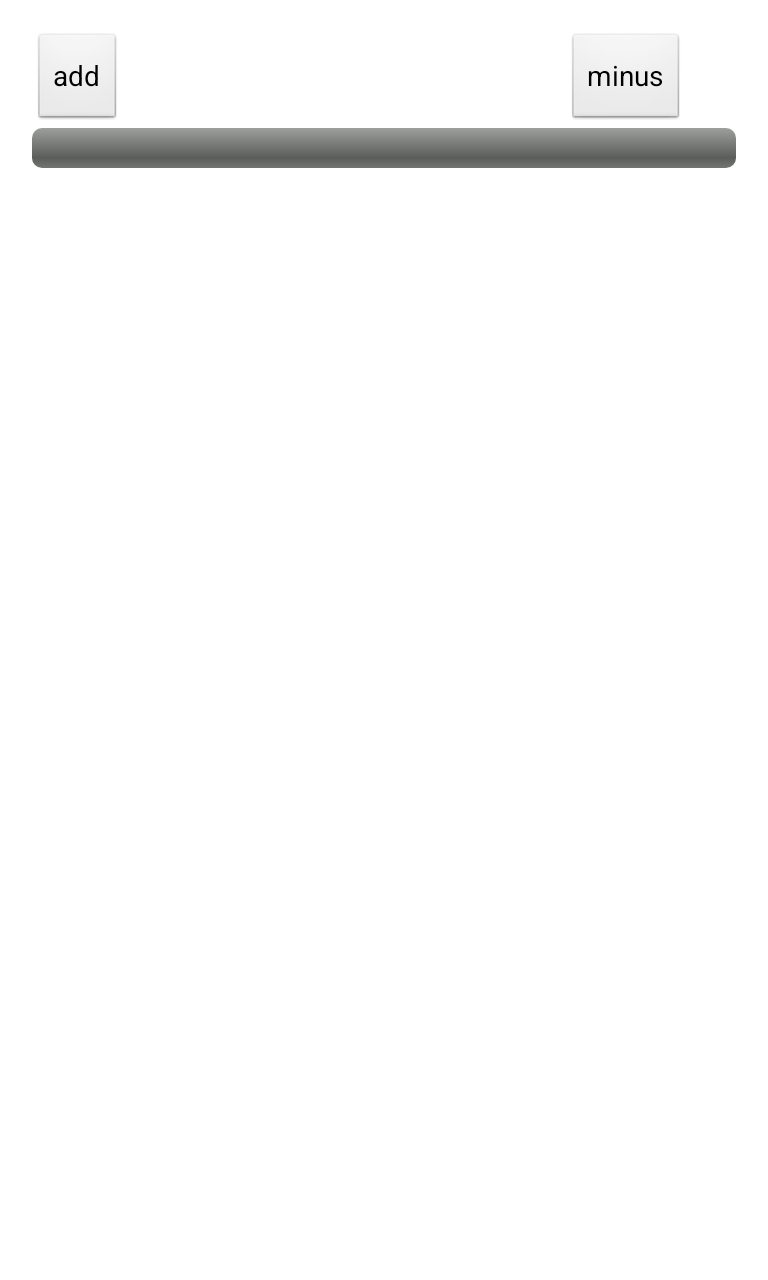
Repository: CrowleyLucky/AndroidLearningNotes
Layout: 16_MultiThreadDownloader/res/layout/activity_main.xml
The author's editor kept a copy of each file at every save. The layout is drawn from the files as they stood at one save, then again after the next save.
It is drawn on a 768 x 1280 px phone screen (xhdpi) without system bars, with theme AppTheme; the app's code is not run.

Above is the layout before, as saved 2014-03-04 04:38:43.

After the next save:
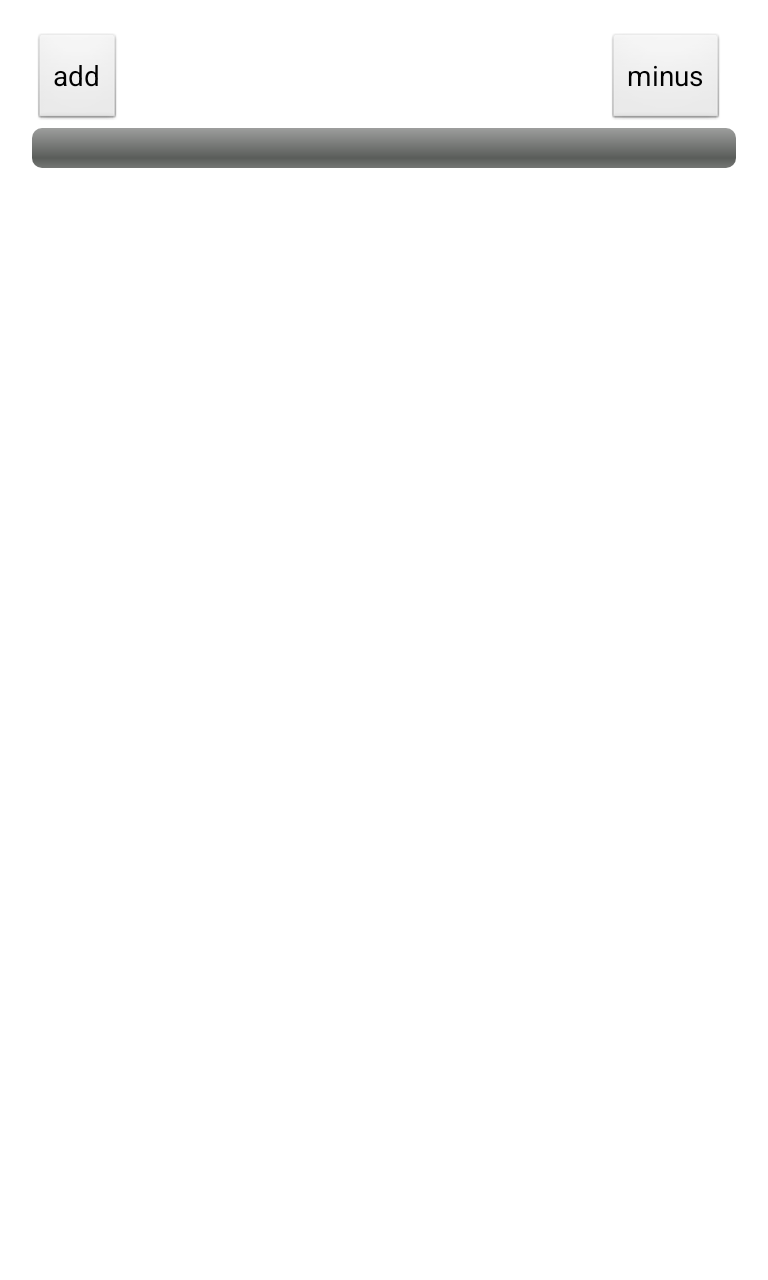
Saved 22 s later.
--- a/16_MultiThreadDownloader/res/layout/activity_main.xml
+++ b/16_MultiThreadDownloader/res/layout/activity_main.xml
@@ -13,13 +13,13 @@
 	    android:layout_width="wrap_content"
 	    android:layout_alignParentLeft="true"
 	    android:text="@string/progress_add"
-	    android:layout_paddingLeft="25dp"
+	    android:layout_paddingLeft="5dp"
 	    android:id="@+id/button_add"/>
 	<Button
 	    android:layout_height="wrap_content"
 	    android:layout_width="wrap_content"
 	    android:layout_alignParentRight="true"
-	    android:layout_marginRight="25dp"
+	    android:layout_marginRight="5dp"
 	    android:text="@string/progress_minus"
 	    android:id="@+id/button_minus"/>
 
